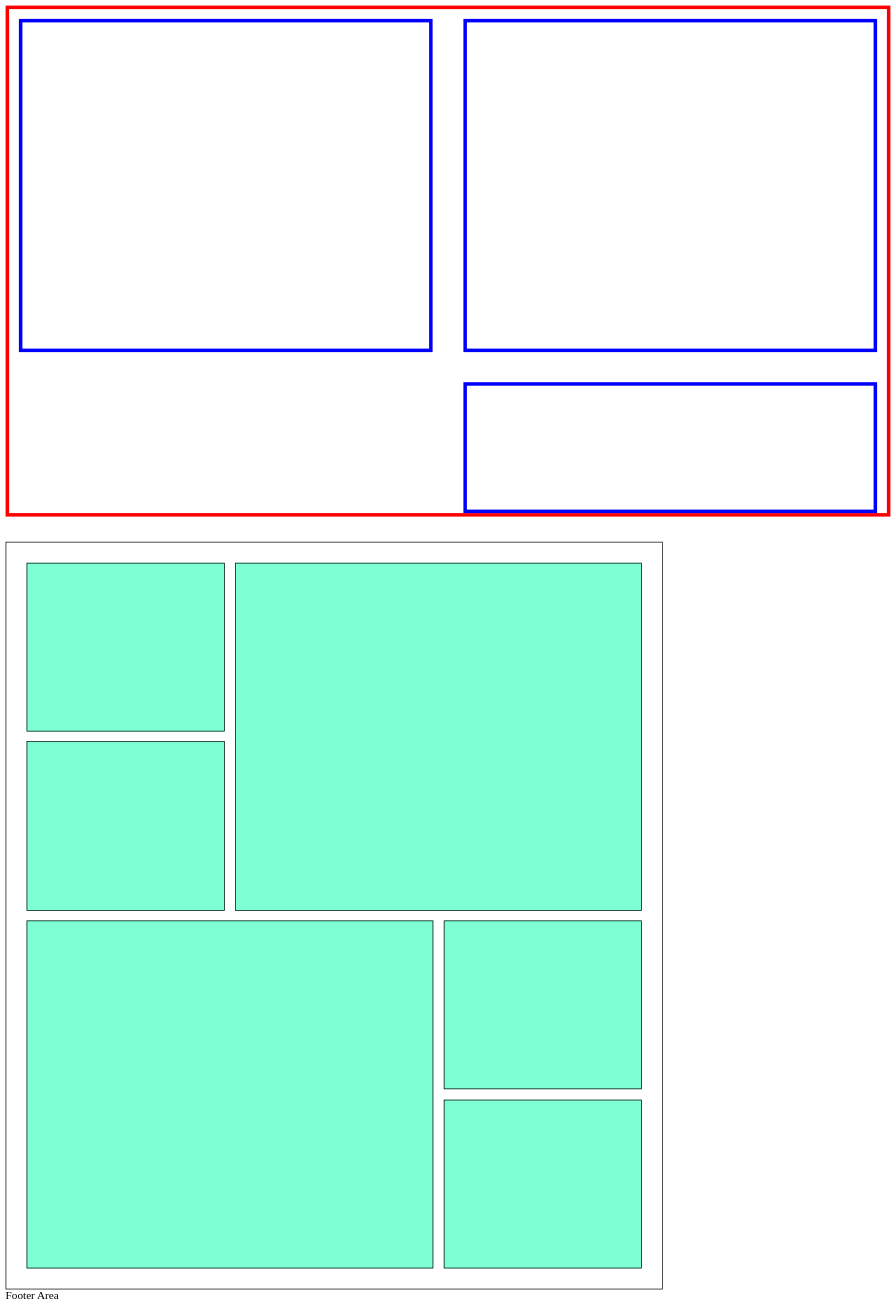
Repository: BwesewB/Brutalist-Website
Page: /
The author's editor kept a copy of each file at every save. The page is drawn from the files as they stood at one save, then again after the next save.
The browser window is 1280 px wide. The pictures show the whole page, at 70% of full size.
The project was rebuilt for these pictures with package versions that can differ from the ones it lists, and the page was loaded fresh each time. The framework's server and built-in components were replaced by stand-ins that run in the browser. Also part of the build but not shown: next.config.mjs.

Above is the page before, as saved 2024-02-03 17:44:16.

### pages/index.js
import Head from "next/head";
import Image from "next/image";
import styles from "@/styles/Home.module.css";
import { useState } from "react";



export default function Home() {

  const[input,setInput] = useState();


  const classFilters = {
    1: 'Magician',
    2: 'Theif',
    4: 'Warrior',
    8: 'Bowman',
    16: 'Pirate',
    32: 'Nothing'
  }

const getClassStyle = flagValue => (input & flagValue) > 0 ? { backgroundColor: 'yellow'} : null;

  return (
    <>
      <Head>
        <title>Create Next App</title>
        <meta name="description" content="Generated by create next app" />
        <meta name="viewport" content="width=device-width, initial-scale=1" />
        <link rel="icon" href="/favicon.ico" />
      </Head>
      <main className={`${styles.main}`}>
        <div className={styles.titlePage}>
          <div className={styles.graphic}></div>
          <div className={styles.displayPanel}></div>
          <div className={styles.inputArea}></div>
        </div>
        <div className={styles.displayArea}>
          <div className={styles.posterOne}></div>
          <div className={styles.posterTwo}></div>
          <div className={styles.posterThree}></div>
          <div className={styles.posterFour}></div>
          <div className={styles.posterFive}></div>
          <div className={styles.posterSix}></div>
        </div>
      </main>
      <footer>
        Footer Area
      </footer>
    </>
  );
}

{/* <div class="inputArea">
<input
id="input"
type="text"
placeholder="bitmask decimal value"
value={input}
onChange={event => setInput(event.target.value)}
/>
</div>
<div class="posterArea" >                                                             need to change to posters
<table>
  <tbody>
    {
      Object.keys(classFilters).map(item => (
        <tr key={item} style={getClassStyle(item)}>
          <td>{item}</td>
          <td>{classFilters[item]}</td>
        </tr>
      ))
    }
  </tbody>
</table>
</div> */}

### styles/globals.css
:root{

}

### styles/Home.module.css
.main {
  display:grid;
  grid-template-columns: repeat(4, 1fr);
  gap:5vh;
}

/* <div class="titlePage">
<div class="graphic"></div>
<div class="inputArea"></div>
</div>
<div class="displayArea">
<div class="posterOne"></div>
<div class="posterTwo"></div>
<div class="posterThree"></div>
<div class="posterFour"></div>
<div class="posterFive"></div>
<div class="posterSix"></div>
</div> */

.titlePage{
  height:100vh;
  grid-column: 1/5;
  border: 5px solid red;
/*---------------------------------------------------------------------------------------------------------*/
  display:grid;
  grid-template-columns: repeat(2, 1fr);
  grid-template-rows: 70vh 30vh;
  gap:2vh;
}

.graphic, .displayPanel, .inputArea{
  border: 5px solid blue;
  margin:2vh;
}

.graphic{
  grid-column: 1/2;
}

.displayPanel{
  grid-column: 2/3;
  grid-template-columns: repeat(2, 1fr);
}

.inputArea{
  grid-column: 2/3;
  grid-row:2/3;
}

/*---------------------------------------------------------------------------------------------------------*/
.displayArea {
  grid-column: 1/4;
/*--------------------------------------------------------------------------------------------------------- This needs to be in a component*/
  display: grid;
  grid-template-columns: repeat(3, 1fr);
  grid-template-rows: repeat(4, 1fr);
  gap: 2vh;
  border: 1px solid black;
  height:140vh;
  padding: 4vh;
}
/*---------------------------------------------------------------------------------------------------------*/

.posterOne,
.posterTwo,
.posterThree,
.posterFour,
.posterFive,
.posterSix {
  background-color: aquamarine;
  border: 1px solid black;
}

.posterTwo{
  grid-column: 2/4;
  grid-row: 1/3;
}

.posterFour{
  grid-column: 1/3;
  grid-row: 3/5;
}

Loaded but not shown: pages/_app.js (common file); pages/_document.js (common file)

After the next save:
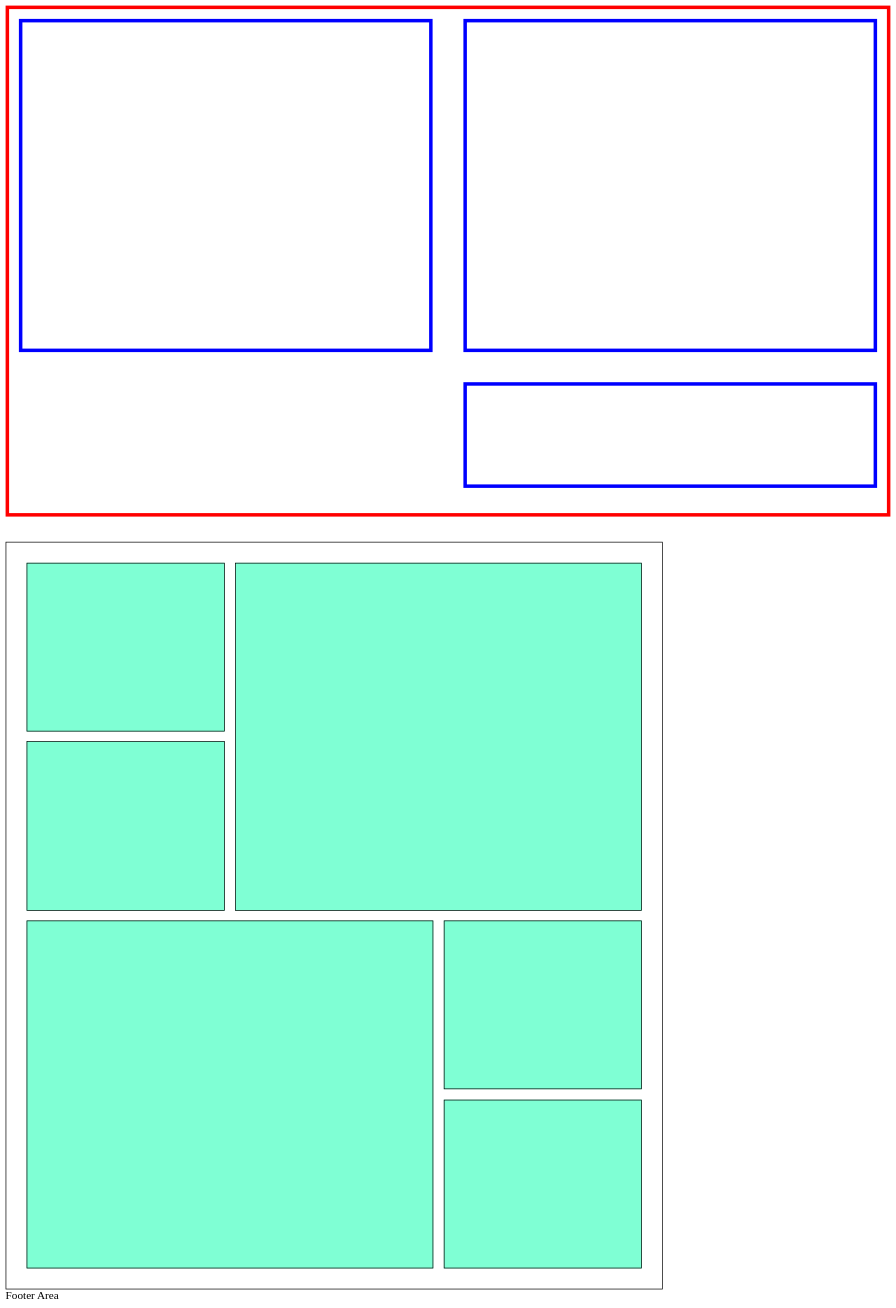
Saved 4 s later.
--- a/styles/Home.module.css
+++ b/styles/Home.module.css
@@ -24,7 +24,7 @@
 /*---------------------------------------------------------------------------------------------------------*/
   display:grid;
   grid-template-columns: repeat(2, 1fr);
-  grid-template-rows: 70vh 30vh;
+  grid-template-rows: 70vh 25vh;
   gap:2vh;
 }
 
